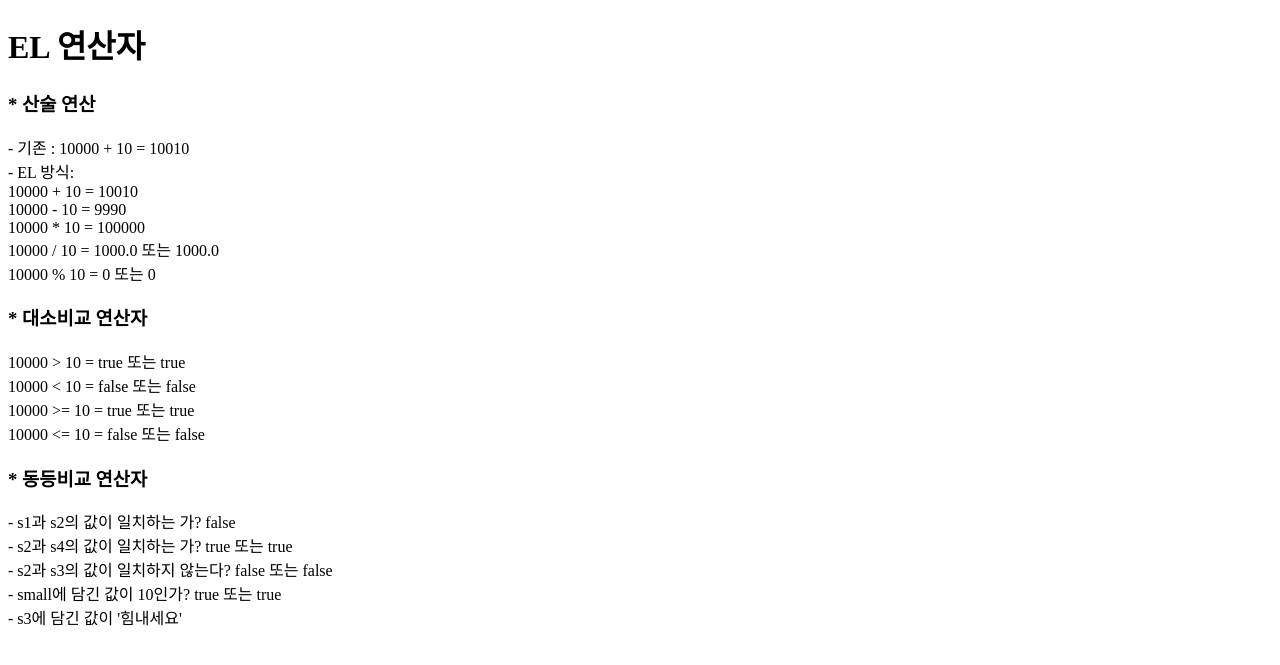
Repository: yoonseo0832/workspace
Page: http://localhost/2_jsp/operator.do
An editor plug-in stored every save of this project. The page is shown before and after the next save, followed by the edit.
The browser window is 1280 px wide. The pictures show the whole page.
The page is served by Tomcat 9.

Above is the page before, as saved 2025-03-21 01:10:36.

After the next save:
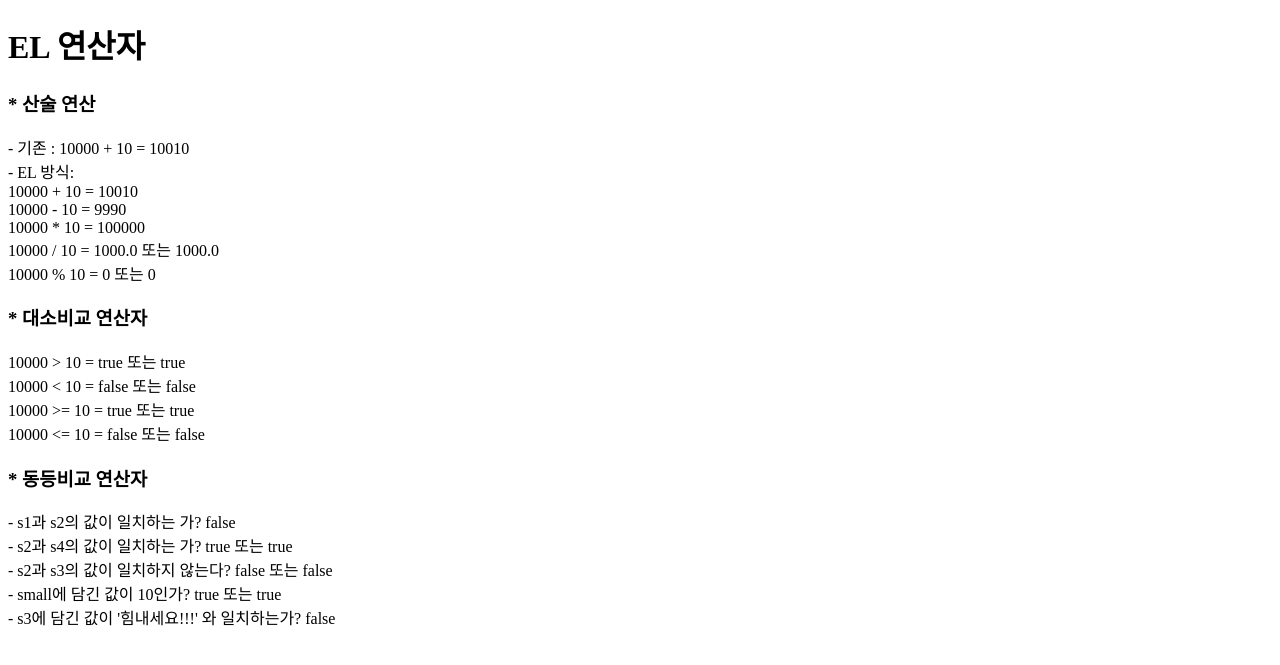
Saved 26 s later.
--- a/05_server/2_jsp/src/main/webapp/views/2_EL/2_elOperator.jsp
+++ b/05_server/2_jsp/src/main/webapp/views/2_EL/2_elOperator.jsp
@@ -37,6 +37,6 @@
 	<%--리터럴값 값 자체와도 비교 가능 --%>
 	- small에 담긴 값이 10인가? ${small ==10 } 또는 ${small eq 10 }<br>
 
-	- s3에 담긴 값이 '힘내세요'
+	- s3에 담긴 값이 '힘내세요!!!' 와 일치하는가? ${s3 == '힘내세요!!!' }
 </body>
 </html>
